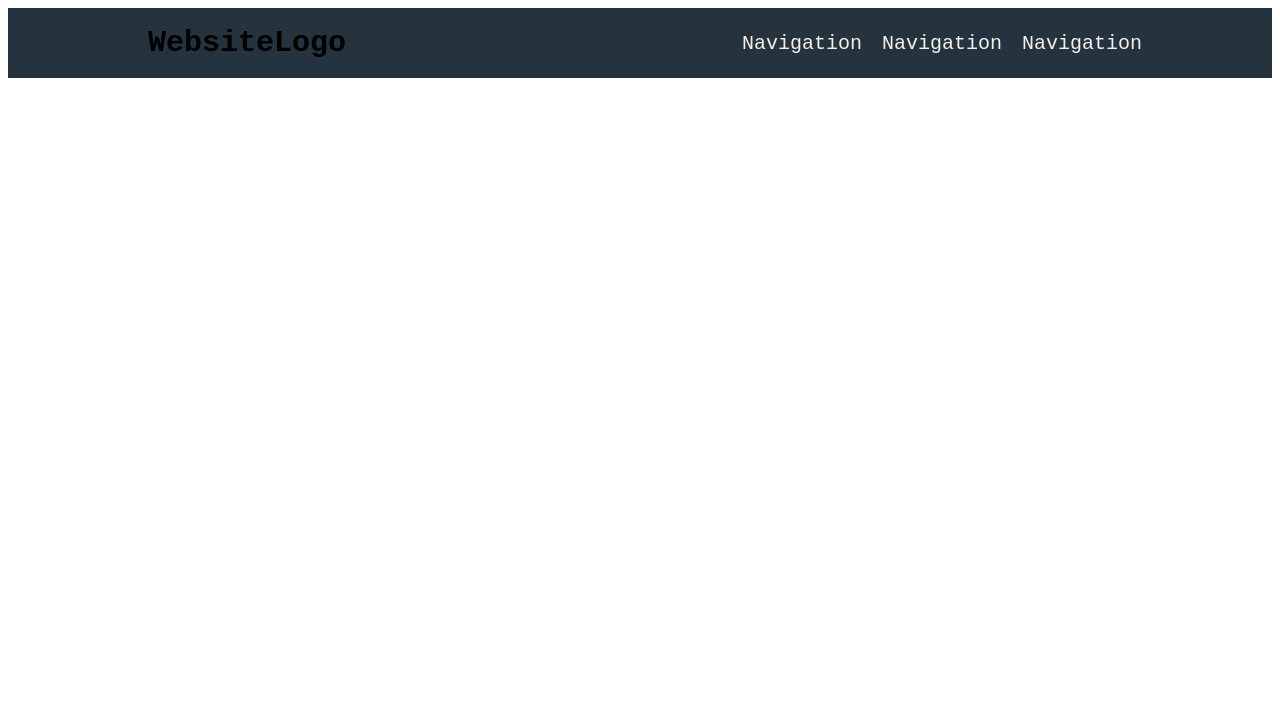
Repository: piotrokrutniak/Projekt-Studia
Page: index.html
An editor plug-in stored every save of this project. The page is shown before and after the next save, followed by the edit.
The browser window is 1280 px wide. The pictures show the whole page.

Above is the page before, as saved 2023-03-04 03:38:37.

### index.html
<!DOCTYPE html>
<head>
    <meta charset="UTF-8" />
    <meta http-equiv="X-UA-Compatible" content="IE=edge" />
    <meta name="viewport" content="width=device-width, initial-scale=1.0" />
    <link rel="stylesheet" type="text/css" href="styles.css" />
    <link rel="stylesheet" type="text/css" href="/Styles/navbar.css"/>
    <title>Website Title</title>
</head>
<body>
    <div class="navbar-container">
        <div class="navbar">
            <div class="logo">
                <div class="logo-contents">
                    WebsiteLogo
                </div>
            </div>
            <div class="navigation">
                <a href="/index" class="navigation-link">
                    <div class="navigation-button">
                        Navigation
                    </div>
                </a>
                <a href="/index" class="navigation-link">
                    <div class="navigation-button">
                        Navigation
                    </div>
                </a>
                <a href="/index" class="navigation-link">
                    <div class="navigation-button">
                        Navigation
                    </div>
                </a>
            </div>
        </div>
    </div>
</body>

### styles.css
body{
    font-family: monospace;
}

.navbar-container{
    width: 100%;
    height: 70px;
    background: rgb(36, 51, 61);
    position: sticky;
    top: 0;

}

.navbar{
    position: relative;
    max-width: 1024px;
    min-width: 328px;
    height: 50px;
    top: 0px;
    margin: auto;
    display: flex;
    flex-direction:row;
    justify-content: space-between;
    top: 50%;
    -ms-transform: translateY(-50%);
    transform: translateY(-50%);
    font-size: 20px;
}

a{
    text-decoration: none;
    color:rgba(245, 242, 238);
}

.navigation{
    display: grid;
    grid-template-columns: 110px 110px 110px;
    grid-gap: 30px;
    padding-right: 20px;
}

.navigation-link{
    position: relative;

}

.navigation-link:hover{

    border-bottom: 2px solid;
    border-color: aqua;

}

.navigation-button{
    text-align: center;
    position: relative;
    top: 50%;
    -ms-transform: translateY(-50%);
    transform: translateY(-50%);
}

.logo{
    position: relative;
    height: 49px;
    padding-left: 20px;
    padding-right: 20px;
    font-weight: 900;
    font-size: 30px;
}

.logo-contents{
    text-align: center;
    position: relative;
    top: 50%;
    -ms-transform: translateY(-50%);
    transform: translateY(-50%);
}

.main-section{
    position: relative;
    max-width: 1024px;
    min-width: 328px;
    min-height: calc(100vh - 70px);
    top: 70px;
    margin: auto;
    display: flex;
    flex-direction:row;
    justify-content: space-between;
    top: 50%;
    -ms-transform: translateY(-50%);
    transform: translateY(-50%);
    font-size: 20px;
    background: red;
}

### Styles/navbar.css
.navbar-container{
    width: 100%;
    height: 70px;
    background: rgb(36, 51, 61);
    position: sticky;
    top: 0;

}

.navbar{
    position: relative;
    max-width: 1024px;
    min-width: 328px;
    height: 50px;
    top: 0px;
    margin: auto;
    display: flex;
    flex-direction:row;
    justify-content: space-between;
    top: 50%;
    -ms-transform: translateY(-50%);
    transform: translateY(-50%);
    font-size: 20px;
}

a{
    text-decoration: none;
    color:rgba(245, 242, 238);
}

.navigation{
    display: grid;
    grid-template-columns: 110px 110px 110px;
    grid-gap: 30px;
    padding-right: 20px;
}

.navigation-link{
    position: relative;

}

.navigation-link:hover{

    border-bottom: 2px solid;
    border-color: aqua;

}

.navigation-button{
    text-align: center;
    position: relative;
    top: 50%;
    -ms-transform: translateY(-50%);
    transform: translateY(-50%);
}

.logo{
    position: relative;
    height: 49px;
    padding-left: 20px;
    padding-right: 20px;
    font-weight: 900;
    font-size: 30px;
}

.logo-contents{
    text-align: center;
    position: relative;
    top: 50%;
    -ms-transform: translateY(-50%);
    transform: translateY(-50%);
}

After the next save:
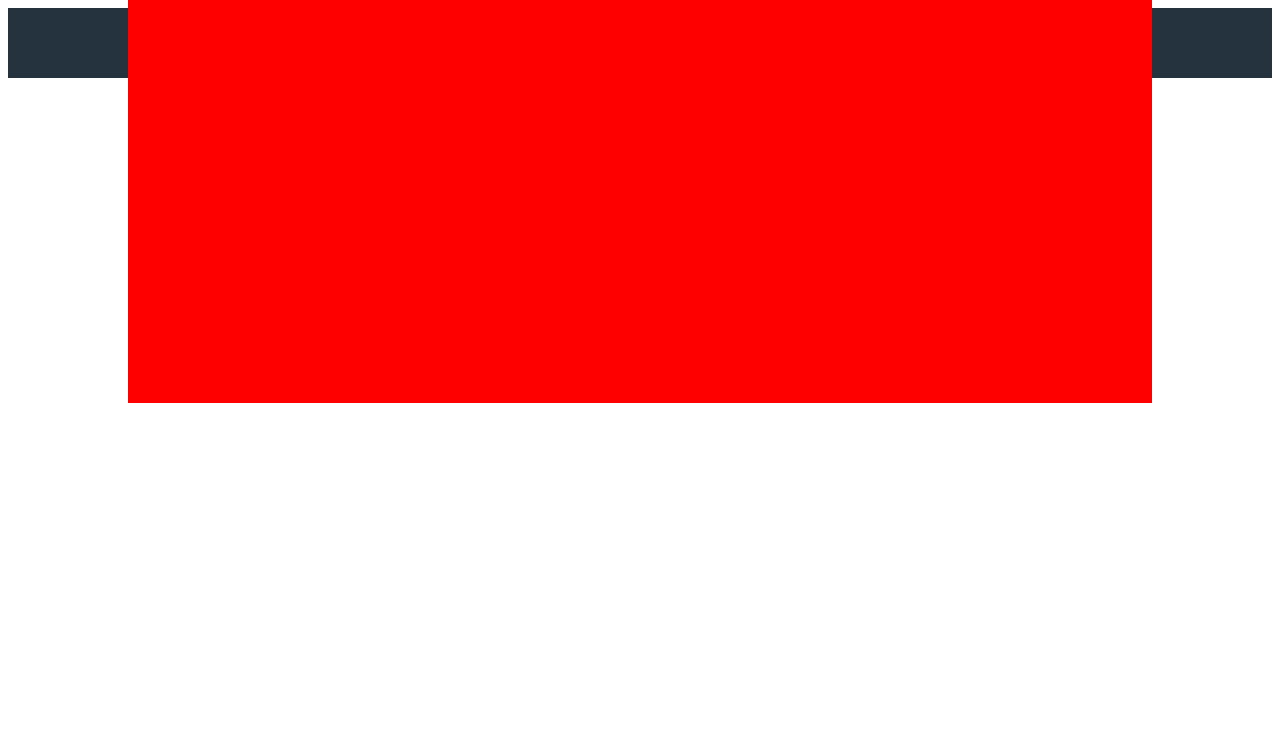
Saved 8 s later.
--- a/index.html
+++ b/index.html
@@ -34,4 +34,6 @@
             </div>
         </div>
     </div>
+
+    <div class="main-section">xxddd</div>
 </body>
